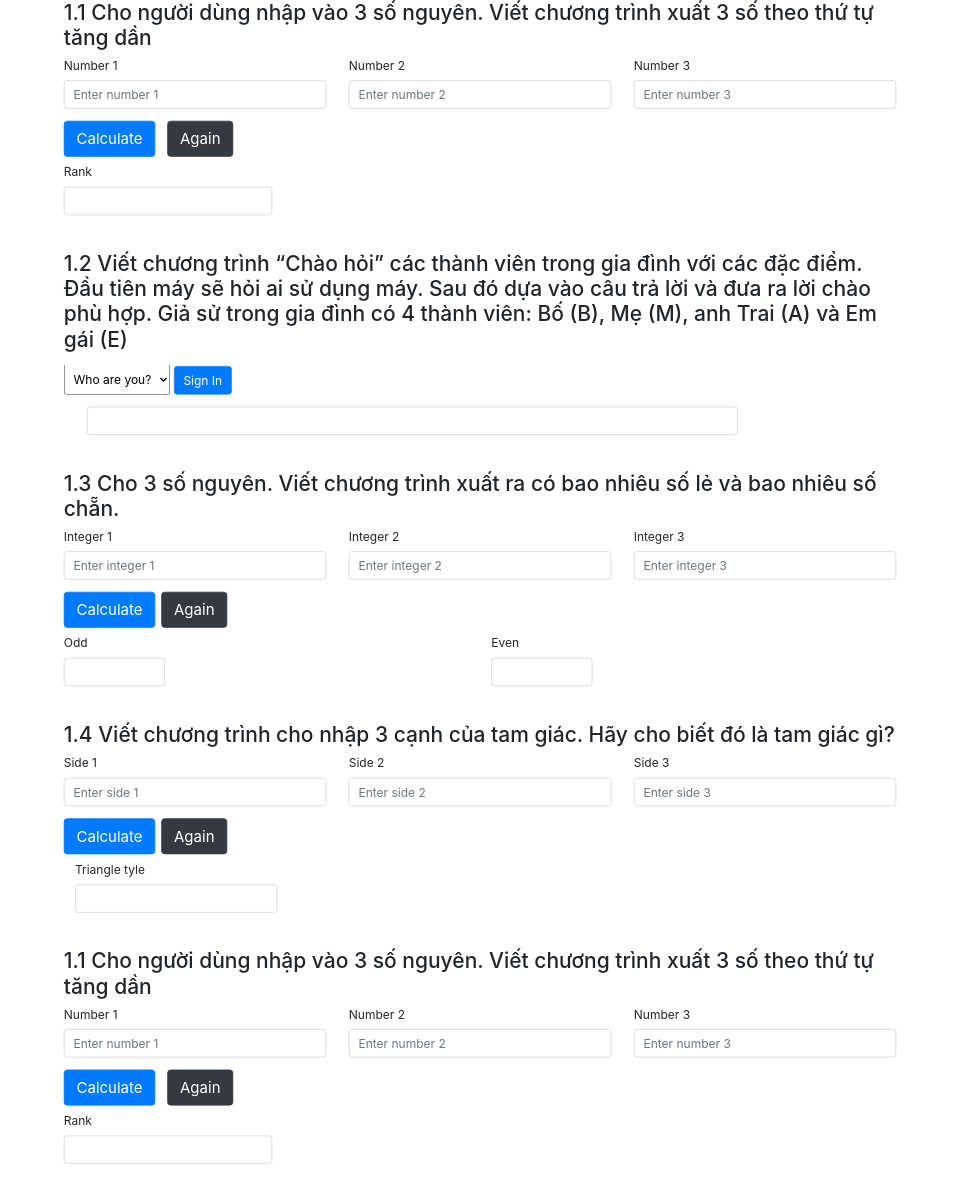
Repository: baobaodeveloper/bootscamp21__jsbasic__HuynhAnhBao
Page: index.html
These files come from the project's save history. The page is drawn as it stood at one moment and after the next save; the edit follows.
The browser window is 1280 px wide. The pictures show the whole page, at 75% of full size.

Above is the page before, as saved 2022-03-10 20:33:37.

### index.html
<!DOCTYPE html>
<html lang="en">
  <head>
    <title>javaScript basic</title>
    <!-- Required meta tags -->
    <meta charset="utf-8" />
    <meta
      name="viewport"
      content="width=device-width, initial-scale=1, shrink-to-fit=no"
    />

    <!-- Bootstrap CSS -->
    <link
      rel="stylesheet"
      href="https://stackpath.bootstrapcdn.com/bootstrap/4.3.1/css/bootstrap.min.css"
      integrity="sha384-ggOyR0iXCbMQv3Xipma34MD+dH/1fQ784/j6cY/iJTQUOhcWr7x9JvoRxT2MZw1T"
      crossorigin="anonymous"
    />
  </head>
  <body>
    <!-- Cho người dùng nhập vào 3 số nguyên. Viết chương trình xuất 3 số theo thứ tự tăng dần -->
    <div class="container mb-xl-5">
      <h3>
        1.1 Cho người dùng nhập vào 3 số nguyên. Viết chương trình xuất 3 số
        theo thứ tự tăng dần
      </h3>

      <div class="row">
        <div class="col">
          <label class="form-label">Number 1</label>
          <input
            type="number"
            class="form-control num1"
            placeholder="Enter number 1"
          />
        </div>
        <div class="col">
          <label class="form-label">Number 2</label>
          <input
            type="number"
            class="form-control num2"
            placeholder="Enter number 2"
          />
        </div>
        <div class="col">
          <label class="form-label">Number 3</label>
          <input
            type="number"
            class="form-control num3"
            placeholder="Enter number 3"
          />
        </div>
      </div>

      <div class="d-flex">
        <button
          type="button "
          class="btn btn-primary btn-lg mt-3 mb-2 btn-rank mr-3"
        >
          Calculate
        </button>

        <button
          type="button "
          class="btn btn-dark btn-lg mt-3 mb-2 btn-again-rank"
        >
          Again
        </button>
      </div>

      <div class="mt-3 m-auto">
        <label class="form-label">Rank</label>
        <input type="text" class="form-control w-25 result1" />
      </div>
    </div>

    <!-- Viết chương trình “Chào hỏi” các thành viên trong gia đình với các đặc điểm. Đầu tiên máy
    sẽ hỏi ai sử dụng máy. Sau đó dựa vào câu trả lời và đưa ra lời chào phù hợp. Giả sử trong
    gia đình có 4 thành viên: Bố (B), Mẹ (M), anh Trai (A) và Em gái (E) -->
    <div class="container mb-5">
      <h3 class="mb-3">
        1.2 Viết chương trình “Chào hỏi” các thành viên trong gia đình với các
        đặc điểm. Đầu tiên máy sẽ hỏi ai sử dụng máy. Sau đó dựa vào câu trả lời
        và đưa ra lời chào phù hợp. Giả sử trong gia đình có 4 thành viên: Bố
        (B), Mẹ (M), anh Trai (A) và Em gái (E)
      </h3>

      <select class="form-select p-2" aria-label="Default select example">
        <option selected>Who are you?</option>
        <option value="M">M</option>
        <option value="B">B</option>
        <option value="A">A</option>
        <option value="E">E</option>
      </select>

      <button type="button" class="btn btn-primary btn-sign-in">Sign In</button>

      <div class="m-3 row">
        <div class="col-sm-10">
          <input
            type="text"
            class="form-control output-sign-in"
            id="inputPassword"
          />
        </div>
      </div>
    </div>

    <!--  1.3 Cho 3 số nguyên. Viết chương trình xuất ra có bao nhiêu số lẻ và bao nhiêu số chẵn.-->
    <div class="container mb-xl-5">
      <h3>
        1.3 Cho 3 số nguyên. Viết chương trình xuất ra có bao nhiêu số lẻ và bao
        nhiêu số chẵn.
      </h3>

      <div class="row">
        <div class="col">
          <label class="form-label">Integer 1</label>
          <input
            type="number"
            class="form-control integer1"
            placeholder="Enter integer 1"
          />
        </div>
        <div class="col">
          <label class="form-label">Integer 2</label>
          <input
            type="number"
            class="form-control integer2"
            placeholder="Enter integer 2"
          />
        </div>
        <div class="col">
          <label class="form-label">Integer 3</label>
          <input
            type="number"
            class="form-control integer3"
            placeholder="Enter integer 3"
          />
        </div>
      </div>

      <div class="d-flex">
        <button
          type="button"
          class="btn btn-primary btn-lg mt-3 mb-2 btn-integer mr-2"
        >
          Calculate
        </button>

        <button
          type="button "
          class="btn btn-light btn-lg mt-3 mb-2 btn-dark btn-again-integer"
        >
          Again
        </button>
      </div>

      <div class="row">
        <div class="mt-3 m-auto col">
          <label class="form-label">Odd</label>
          <input type="text" class="form-control w-25 outputOdd" />
        </div>
        <div class="mt-3 m-auto col">
          <label class="form-label">Even</label>
          <input type="text" class="form-control w-25 outputEven" />
        </div>
      </div>
    </div>

    <!--Viết chương trình cho nhập 3 cạnh của tam giác. Hãy cho biết đó là tam giác gì?-->

    <div class="container mb-xl-5">
      <h3>
        1.4 Viết chương trình cho nhập 3 cạnh của tam giác. Hãy cho biết đó là
        tam giác gì?
      </h3>

      <div class="row">
        <div class="col">
          <label class="form-label">Side 1</label>
          <input
            type="number"
            class="form-control side1"
            placeholder="Enter side 1"
          />
        </div>
        <div class="col">
          <label class="form-label">Side 2</label>
          <input
            type="number"
            class="form-control side2"
            placeholder="Enter side 2"
          />
        </div>
        <div class="col">
          <label class="form-label">Side 3</label>
          <input
            type="number"
            class="form-control side3"
            placeholder="Enter side 3"
          />
        </div>
      </div>

      <div class="d-flex">
        <button
          type="button"
          class="btn btn-primary btn-lg mt-3 mb-2 mr-2 btn-triangle"
        >
          Calculate
        </button>

        <button
          type="button "
          class="btn btn-light btn-lg mt-3 mb-2 btn-dark btn-again-triangle"
        >
          Again
        </button>
      </div>

      <div class="mt-3 m-auto col">
        <label class="form-label">Triangle tyle</label>
        <input type="text" class="form-control w-25 triangle-type" />
      </div>
    </div>

    <!--Viết chương trình nhập vào ngày, tháng, năm (Giả sử nhập đúng, không cần kiểm tra hợp
  lệ). Tìm ngày, tháng, năm của ngày tiếp theo. Tương tự tìm ngày tháng năm của ngày trước
  đó.  -->

    <div class="container mb-xl-5">
      <h3>
        1.1 Cho người dùng nhập vào 3 số nguyên. Viết chương trình xuất 3 số
        theo thứ tự tăng dần
      </h3>

      <div class="row">
        <div class="col">
          <label class="form-label">Number 1</label>
          <input
            type="number"
            class="form-control num1"
            placeholder="Enter number 1"
          />
        </div>
        <div class="col">
          <label class="form-label">Number 2</label>
          <input
            type="number"
            class="form-control num2"
            placeholder="Enter number 2"
          />
        </div>
        <div class="col">
          <label class="form-label">Number 3</label>
          <input
            type="number"
            class="form-control num3"
            placeholder="Enter number 3"
          />
        </div>
      </div>

      <div class="d-flex">
        <button
          type="button "
          class="btn btn-primary btn-lg mt-3 mb-2 btn-rank mr-3"
        >
          Calculate
        </button>

        <button
          type="button "
          class="btn btn-dark btn-lg mt-3 mb-2 btn-again-rank"
        >
          Again
        </button>
      </div>

      <div class="mt-3 m-auto">
        <label class="form-label">Rank</label>
        <input type="text" class="form-control w-25 result1" />
      </div>
    </div>

    <!-- Optional JavaScript -->
    <!-- jQuery first, then Popper.js, then Bootstrap JS -->
    <script
      src="https://code.jquery.com/jquery-3.3.1.slim.min.js"
      integrity="sha384-q8i/X+965DzO0rT7abK41JStQIAqVgRVzpbzo5smXKp4YfRvH+8abtTE1Pi6jizo"
      crossorigin="anonymous"
    ></script>
    <script
      src="https://cdnjs.cloudflare.com/ajax/libs/popper.js/1.14.7/umd/popper.min.js"
      integrity="sha384-UO2eT0CpHqdSJQ6hJty5KVphtPhzWj9WO1clHTMGa3JDZwrnQq4sF86dIHNDz0W1"
      crossorigin="anonymous"
    ></script>
    <script
      src="https://stackpath.bootstrapcdn.com/bootstrap/4.3.1/js/bootstrap.min.js"
      integrity="sha384-JjSmVgyd0p3pXB1rRibZUAYoIIy6OrQ6VrjIEaFf/nJGzIxFDsf4x0xIM+B07jRM"
      crossorigin="anonymous"
    ></script>

    <!-- <script src="exercise1.js"></script> -->
    <!-- <script src="exercise2.js"></script> -->
    <!-- <script src="exercise3.js"></script> -->
    <!-- <script src="exercise4.js"></script> -->
    <script src="exercise5.js"></script>
  </body>
</html>

Loaded but not shown: exercise5.js (no stored copy; drawn as an empty file)

After the next save:
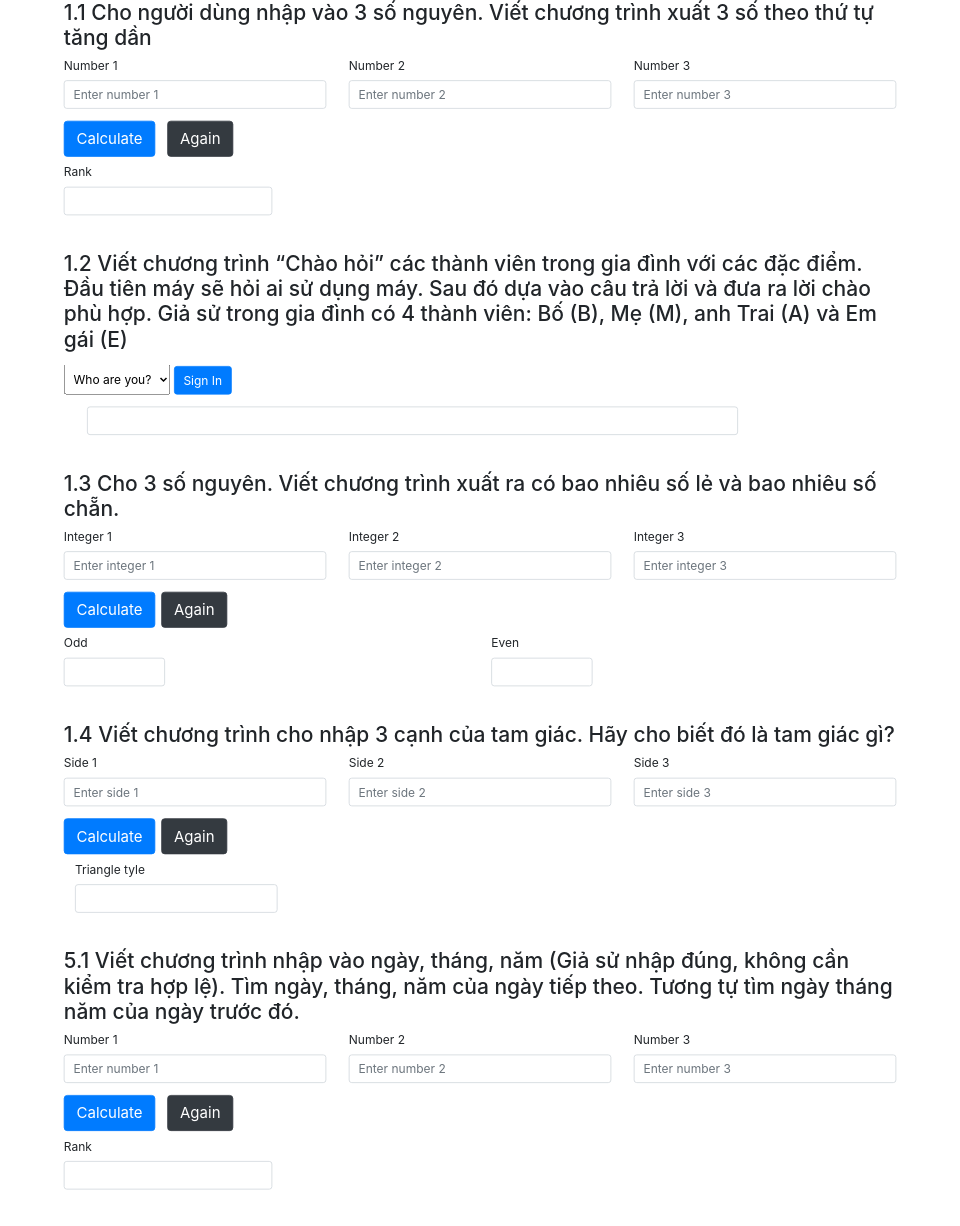
Saved 32 s later.
--- a/index.html
+++ b/index.html
@@ -231,8 +231,9 @@
 
     <div class="container mb-xl-5">
       <h3>
-        1.1 Cho người dùng nhập vào 3 số nguyên. Viết chương trình xuất 3 số
-        theo thứ tự tăng dần
+        5.1 Viết chương trình nhập vào ngày, tháng, năm (Giả sử nhập đúng, không
+        cần kiểm tra hợp lệ). Tìm ngày, tháng, năm của ngày tiếp theo. Tương tự
+        tìm ngày tháng năm của ngày trước đó.
       </h3>
 
       <div class="row">
